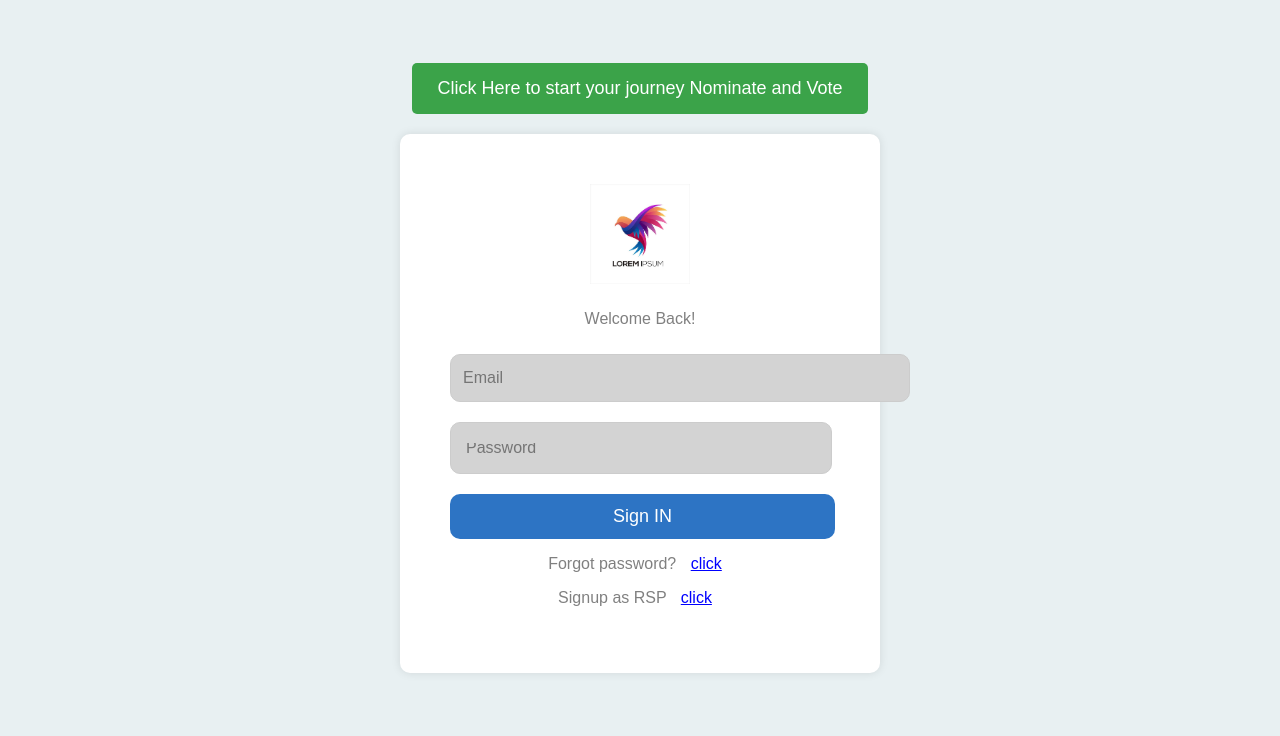
Repository: Femi007-gh/welcome
Page: index.html
An editor plug-in stored every save of this project. The page is shown before and after a run of saves, followed by the edit.
The browser window is 1280 px wide. The pictures show the whole page.

Above is the page before, as saved 2025-03-10 18:50:09.

### index.html
<html>
<head>
    <title>Login Page</title>
    <link rel="stylesheet" href="style.css">
</head>
<body>
    <button class="green-button">Click Here to start your journey Nominate and Vote</button>
    <div class="container">
        <img src="Logo.jpg" alt="Nigerian Shippers Council Logo">
        <p>Welcome Back!</p>
        <input type="email" placeholder="Email" class="lit">
        <div class="password-container">
            <input type="password" placeholder="Password" class="fit">
        </div>
        <button class="sign-in-button">Sign IN</button>
        <div class="links">
            <p class="under">Forgot password? <a href="#" class="underline">click</a> </p>
            <p class="under">Signup as RSP  <a href="#" class="underline">click</a></p>
    </div>
</body>
</html>

### style.css
body {
  font-family: Arial, sans-serif;
  background-color: #e8f0f2;
  display: flex;
  justify-content: center;
  align-items: center;
  height: 100vh;
  flex-direction: column;
}
.green-button {
  background-color: #3ba349;
  color: white;
  padding: 15px 25px;
  border: none;
  border-radius: 5px;
  cursor: pointer;
  margin-bottom: 20px;
  font-size: 18px;
}
.container {
  background-color: white;
  padding: 50px;
  border-radius: 10px;
  box-shadow: 0 0 10px rgba(0, 0, 0, 0.1);
  text-align: center;
  width: 380px;
}
.container img {
  width: 100px;
  margin-bottom: 10px;
}
p {
  color: gray;
}
input {
  width: calc(100% - 20px);
  padding: 12px;
  margin: 10px 0;
  border: 1px solid #ccc;
  border-radius: 10px;
  font-size: 16px;
  background: #d3d3d3;
}
.password-container {
  display: flex;
  align-items: center;
  background: #d3d3d3;
  border: 1px solid #ccc;
  border-radius: 10px;
  padding: 10px;
  width: calc(100% - 20px);
  margin: 10px 0;
}
.password-container input {
  border: none;
  outline: none;
  flex: 1;
  background: transparent;
  padding: 5px;
}
.password-container i {
  cursor: pointer;
  font-size: 18px;
  margin-left: 10px;
}
.sign-in-button {
  background-color: #2d74c4;
  color: white;
  padding: 12px;
  border: none;
  border-radius: 10px;
  cursor: pointer;
  width: 100%;
  font-size: 18px;
  margin-top: 10px;
  width: 385px;
}
.links {
  margin-top: 10px;
  font-size: 16px;
}
.links a {
  color: gray;
  text-decoration: none;
  margin: 0 10px;
}
.links a.underline {
  color: blue;
  text-decoration: underline;
}
.fit {
height: 3px;
}
.lit{
height: 48px;
width: 460px;
}

After the next 4 saves:
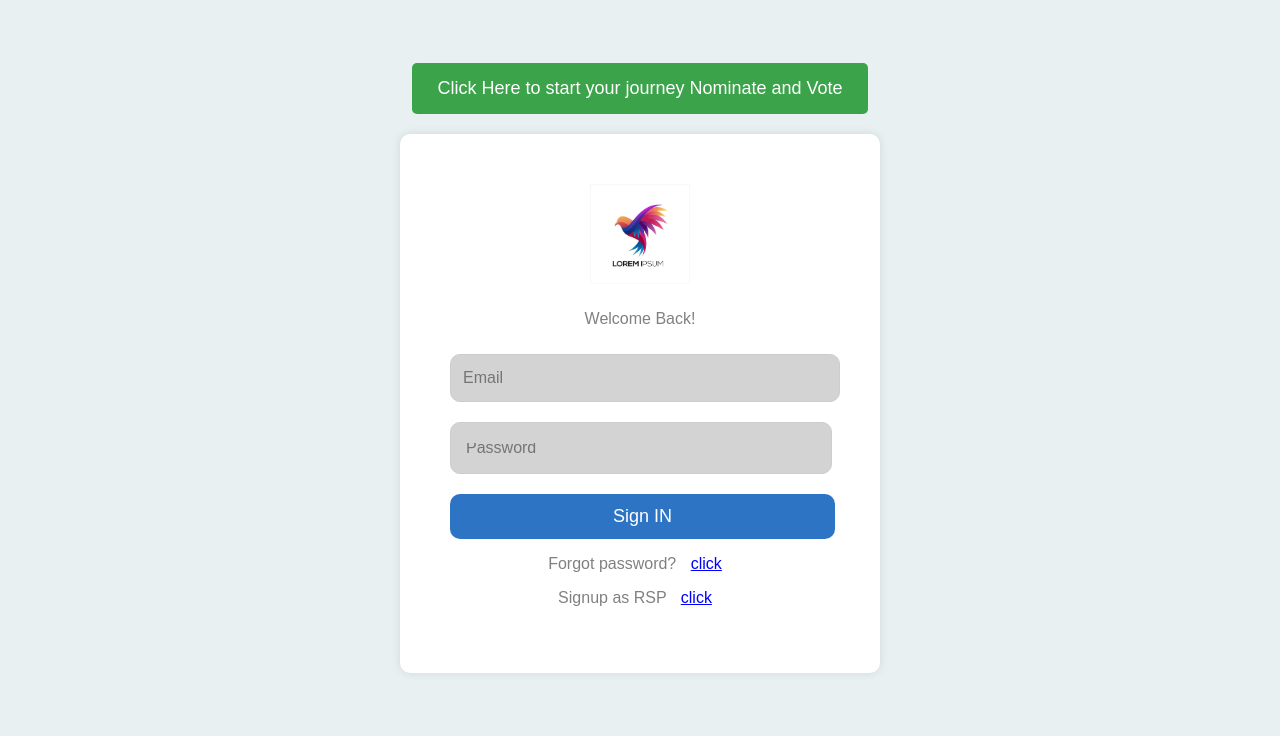
The 4 saves are shown as one change because they came seconds apart.
The last was saved 13 s later.
--- a/style.css
+++ b/style.css
@@ -93,5 +93,5 @@
 }
 .lit{
 height: 48px;
-width: 460px;
+width: 390px;
 }
